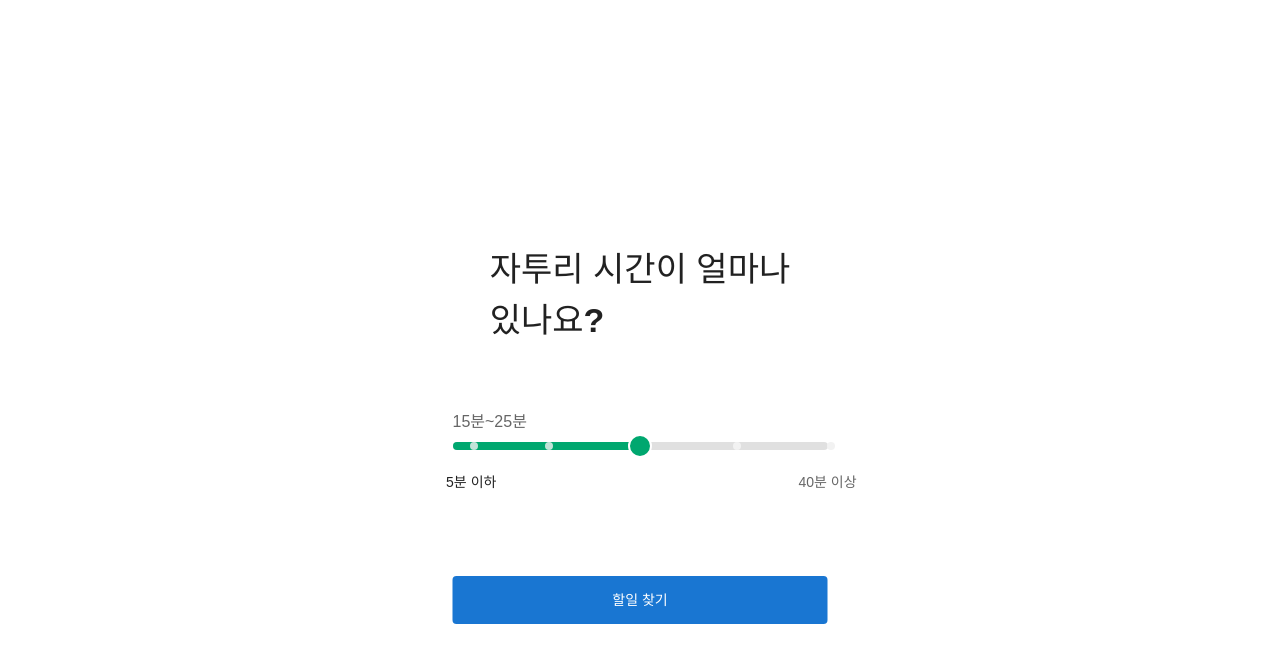
Repository: Tickley-Team/Tickley
Page: /survey
These files come from the project's save history. The page is drawn as it stood at one moment and after the next save; the edit follows.
The browser window is 1280 px wide. The pictures show the whole page.
The project was rebuilt for these pictures with package versions that can differ from the ones it lists, and the page was loaded fresh each time. Also part of the build but not shown: vite.config.ts, src/components/BottomNavbar.css, src/components/BottomNavbar.tsx, src/hooks/useLocalStorage.ts, src/stores/timeLeftStore.ts, src/utils.ts, src/components/BasicDialog.tsx, src/pages/Todos.tsx and 12 more.

Above is the page before, as saved 2024-12-09 17:01:04.

After the next save:
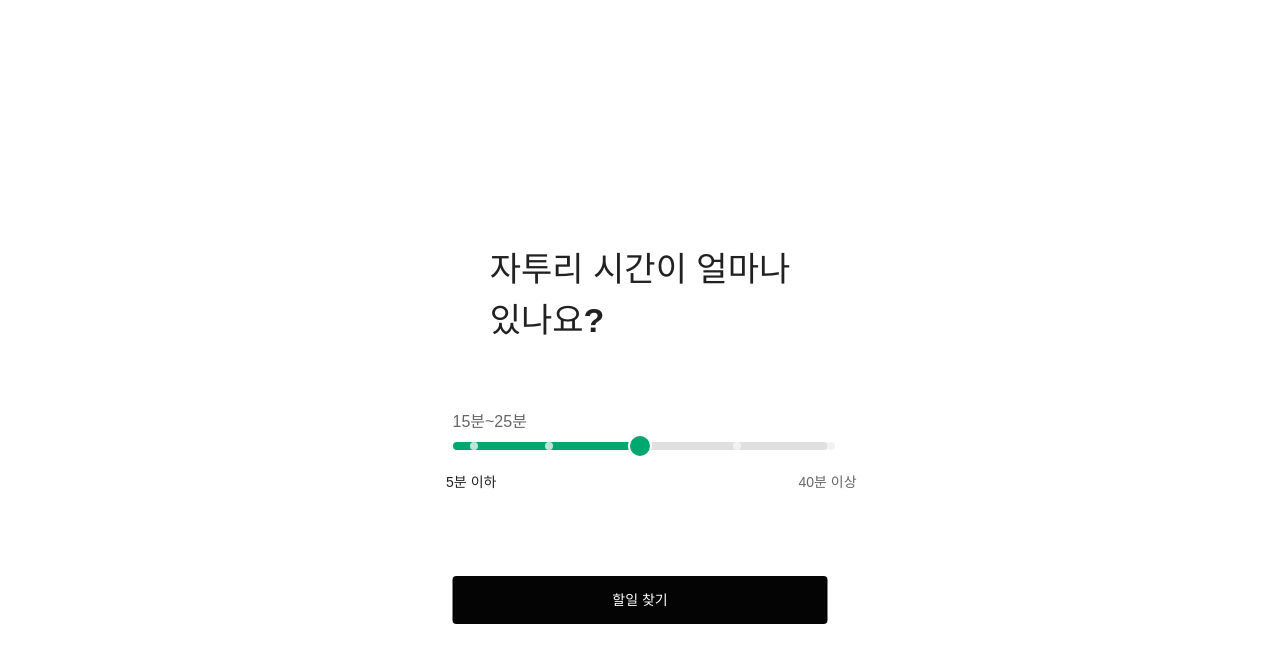
Saved 20 s later.
--- a/src/components/Button.tsx
+++ b/src/components/Button.tsx
@@ -19,7 +19,7 @@
   transform: 'translateX(-50%)', // 정확한 중앙 정렬
   width: '100%', // 가로 폭을 100%에서 좌우 여백을 제외한 값으로 설정
   height: '48px',
-  backgroundColor: '#1976d2', // 버튼 배경색
+  backgroundColor: theme.palette.gray1000, // 버튼 배경색
   color: 'white',
   borderRadius: '4px',
 }))
